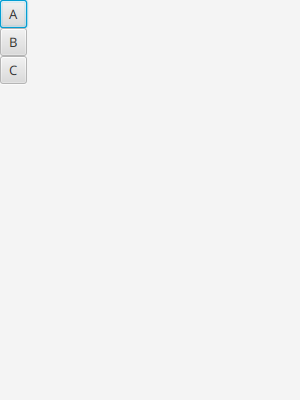
Repository: AlanVidalll/Curso-Java-Completo
Program's window: java exercicios-javafx/src/basico/PrimeiroFX.java
An editor plug-in stored every save of this project. The program's window is shown before and after the next save, followed by the edit.
It runs on Java 21 on a 1366 x 768 screen with JavaFX 11; the title bar is not drawn.

Above is the program's window before, as saved 2020-04-09 13:35:01.

### exercicios-javafx/src/basico/PrimeiroFX.java
package basico;



import javafx.application.Application;
import javafx.scene.Scene;
import javafx.scene.control.Button;
import javafx.scene.layout.VBox;
import javafx.stage.Stage;

public class PrimeiroFX extends Application{


	@Override
	public void start(Stage primaryStage) throws Exception {
		Button botaoA = new Button("A");
		Button botaoB = new Button("B");
		Button botaoC = new Button("C");

		VBox box = new VBox();
		box.getChildren().add(botaoA);
		box.getChildren().add(botaoB);
		box.getChildren().add(botaoC);

		Scene unicaCena = new Scene(box,300,400);

		primaryStage.setScene(unicaCena);
		primaryStage.show();
	}

	public static void main(String[] args) {
		launch(args);
	}
}

After the next save:
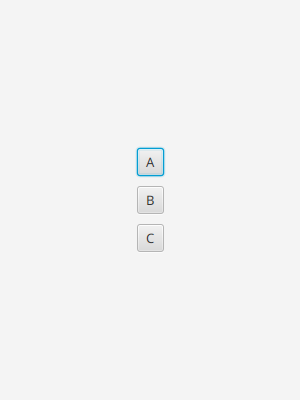
Saved 85 s later.
--- a/exercicios-javafx/src/basico/PrimeiroFX.java
+++ b/exercicios-javafx/src/basico/PrimeiroFX.java
@@ -3,6 +3,7 @@
 
 
 import javafx.application.Application;
+import javafx.geometry.Pos;
 import javafx.scene.Scene;
 import javafx.scene.control.Button;
 import javafx.scene.layout.VBox;
@@ -18,6 +19,8 @@
 		Button botaoC = new Button("C");
 
 		VBox box = new VBox();
+		box.setAlignment(Pos.CENTER);
+		box.setSpacing(10);
 		box.getChildren().add(botaoA);
 		box.getChildren().add(botaoB);
 		box.getChildren().add(botaoC);
